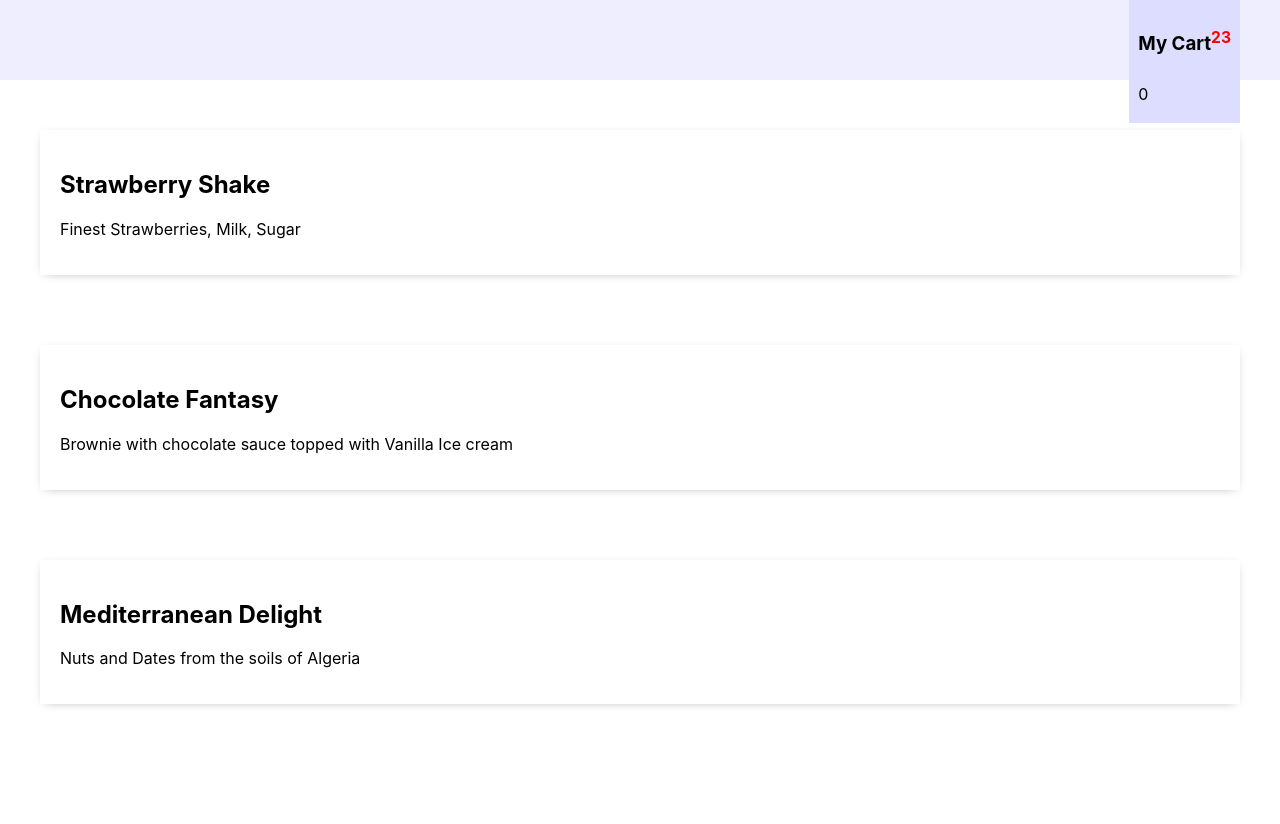
Repository: suhail-yazdan/shopping-cart-react
Page: /, after clicking the first element matching `h3`
An editor plug-in stored every save of this project. The page is shown before and after the next save, followed by the edit.
The browser window is 1280 px wide. The pictures show the whole page.
The project was rebuilt for these pictures with package versions that can differ from the ones it lists, and the page was loaded fresh each time.

Above is the page before, as saved 2023-10-09 12:32:08.

### src/App.js
import { useState } from 'react';
import './App.css';
import Card from "./Card.jsx";
import Cart from "./Cart.jsx";

function App() {
  const [displayCart, setDisplayCart] = useState(false);
  const [products, setProducts] = useState([
    {
      pid: 1,
      name: "Strawberry Shake",
      desc: "Finest Strawberries, Milk, Sugar",
      price: 149,
      quantity: 0
    },
    {
      pid: 2,
      name: "Chocolate Fantasy",
      desc: "Brownie with chocolate sauce topped with Vanilla Ice cream",
      price: 249,
      quantity: 0
    },
    {
      pid: 3,
      name: "Mediterranean Delight",
      desc: "Nuts and Dates from the soils of Algeria",
      price: 329,
      quantity: 0
    }
  ])

  const handleQuantityIncreased = (prod, e) =>{
    e.stopPropagation();
    let sProducts = [...products];
    const ind = sProducts.indexOf(prod);
    if(sProducts[ind].quantity >= 0) sProducts[ind].quantity++;
    setProducts(sProducts)
    setDisplayCart(true)
  }

  const handleQuantityDecreased = (prod, e) =>{
    e.stopPropagation();
    let sProducts = [...products];
    const ind = sProducts.indexOf(prod);
    if(sProducts[ind].quantity > 0) sProducts[ind].quantity--;
    setProducts(sProducts)
    setDisplayCart(true)
  }

  return (
    <div>
      <header>
        <div className="grid1200">
          <Cart showCart={displayCart} setShowCart={() => setDisplayCart(!displayCart)} />
        </div>
      </header>

      <main>
        <div className="grid1200">
          {products.map((product) => (
            <Card
              key = {product.pid}
              productDetail = {product}
              onQuantityIncreased = {e => handleQuantityIncreased(product, e)}
              onQuantityDecreased = {e => handleQuantityDecreased(product, e)}
            />
          ))}
        </div>
      </main>
    </div>
  );
}

export default App;

### src/App.css
main {
  padding: 50px 0px;
}

div.grid1200 {
  width: 1200px;
  margin: 0px auto;
}

header {
  height: 80px;
  background-color: #eef;
}

### src/Card.jsx
import React, { useState } from 'react'
import Counter from './Counter'
import "./cardstyle.css"

const Card = (props) => {
  const [cardSelected, setCardSelected] = useState(false)

  const getCardClass = () => {
    let cardClass = cardSelected === true ? "card selected" : "card deselected";
    return cardClass
  }

  const getOverlayState = () => {
    let overlayClass = cardSelected === true ? "overlay show" : "overlay hide";
    return overlayClass;
  };

  return (
    <div className={getCardClass()} onClick={() => setCardSelected(!cardSelected)}>
      <h2> {props.productDetail.name} </h2>
      <p>{props.productDetail.desc}</p>
      <div className={getOverlayState()}>
        <Counter
          product = {props.productDetail}
          onIncrement={props.onQuantityIncreased}
          onDecrement={props.onQuantityDecreased}
          />
      </div>
    </div>
  )
}

export default Card

### src/Cart.jsx
import "./cartstyle.css"

const Cart = (props) => {
  return (
    <div className="cart">
      <h3 onClick={props.setShowCart}> My Cart<sup className="totalItems">23</sup> </h3>
      {props.showCart &&
      <div className="">
        <ul>
            <li>
              0
            </li>
        </ul>
      </div>


      }

    </div>
  )
}

export default Cart

### src/Counter.js
import "./counterstyle.css";

export default function Counter(props) {
    return (
      <div className="counter">
        Quantity &nbsp;
        <span className={props.product.quantity === 0 ? "badge badge-warning" : "badge badge-primary"}>
          {props.product.quantity === 0 ? "Zero": props.product.quantity}
        </span>
        &nbsp;
        <button className="btn btn-secondary" onClick={props.onIncrement}>
          +
        </button>
        <button className="btn btn-secondary" onClick={props.onDecrement}>
          -
        </button>
      </div>
    );
}

### src/cardstyle.css
.card {
  padding: 20px;
  margin-bottom: 70px;
  cursor: pointer;
  box-shadow: 0px 2px 10px -5px rgba(0, 0, 0, 0.4);
  position: relative;
}

.selected {
  background-color: rgba(220, 235, 255, 0.7);
}

.deselected {
  background-color: white;
}

.overlay {
  width: 100%;
  height: 100%;
  position: absolute;
  z-index: 20;
  top: 0px;
  left: 0px;
}

.show {
  display: block;
}

.hide {
  display: none;
}

### src/cartstyle.css
div.cart {
  padding: 9px;
  background-color: #ddf;
  float: right;
  position: relative;
  cursor: pointer;
}

div.popup {
  position: absolute;
  z-index: 200;
  width: 200px;
  height: 150px;
  padding: 15px 20px;
  background-color: #ccd;
  top: 80px;
  right: 0px;
}

.menu-on {
  display: block;
}

.menu-off {
  display: none;
}

.cart ul {
  margin: 0px;
  padding: 0px;
  list-style-type: none;
}

.cart ul li {
  line-height: 40px;
}


.totalItems{
  color: red;
}

### src/counterstyle.css
.counter {
    float: right;
    margin-top: 65px;
    margin-right: 50px;
    display: flex;
    align-items: center;
  }

  .badge {
    padding: 2px 8px;
    border-radius: 6px;
    background-color: #222;
    font-weight: bold;
  }

  .badge-primary {
    background-color: #36b;
    color: white;
  }

  .badge-secondary {
    background-color: #666;
    color: white;
  }

  .badge-warning {
    background-color: #db0;
    color: black;
  }

  .btn {
    padding: 4px 8px;
    border-radius: 3px;
    cursor: pointer;
    background-color: #222;
    color: white;
    border: none;
    margin-left: 3px;
  }

  .btn-secondary {
    background-color: #666;
  }

  .btn-danger {
    background-color: #d33;
  }

Loaded but not shown: public/index.html (common file); src/index.js (common file); src/index.css (common file); src/reportWebVitals.js (common file)

After the next save:
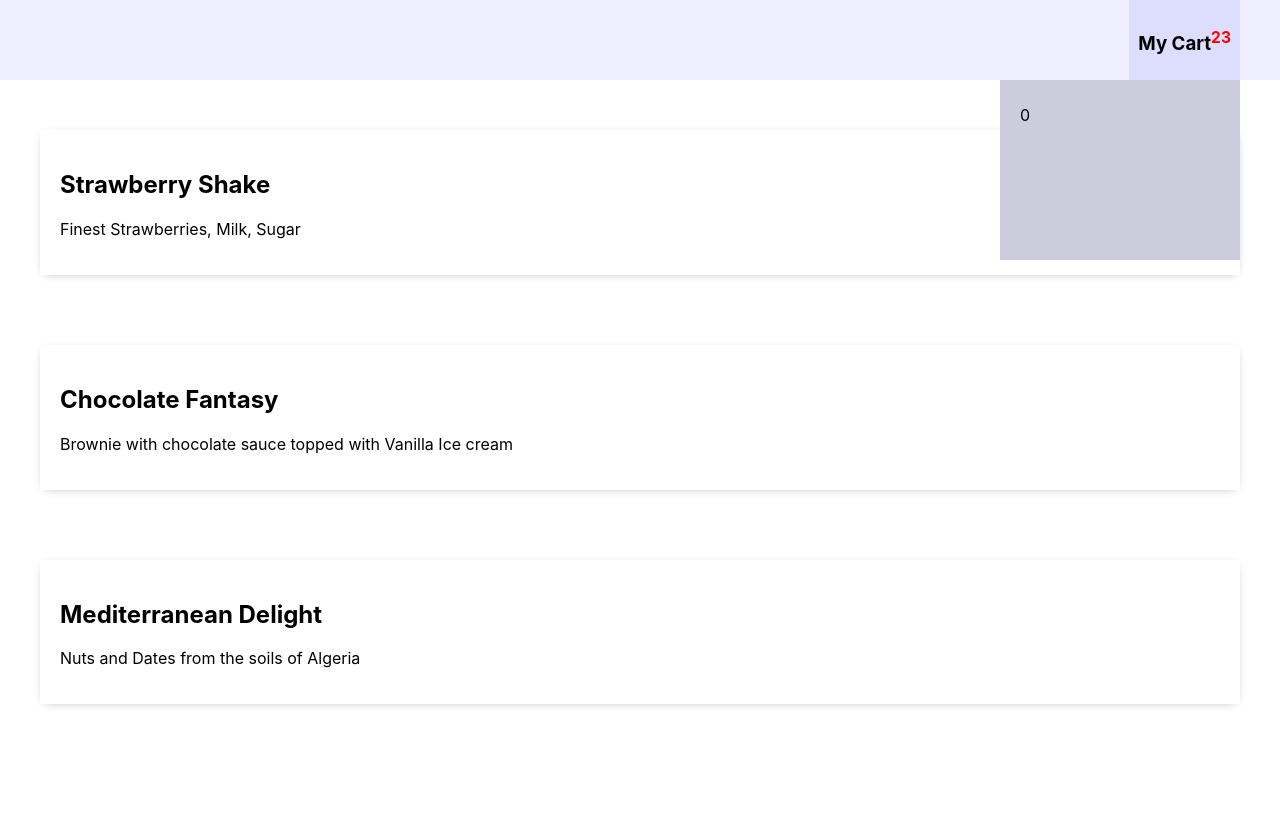
Saved 3 min 58 s later.
--- a/src/Cart.jsx
+++ b/src/Cart.jsx
@@ -5,7 +5,7 @@ const Cart = (props) => {
     <div className="cart">
       <h3 onClick={props.setShowCart}> My Cart<sup className="totalItems">23</sup> </h3>
       {props.showCart &&
-      <div className="">
+      <div className="popup">
         <ul>
             <li>
               0
